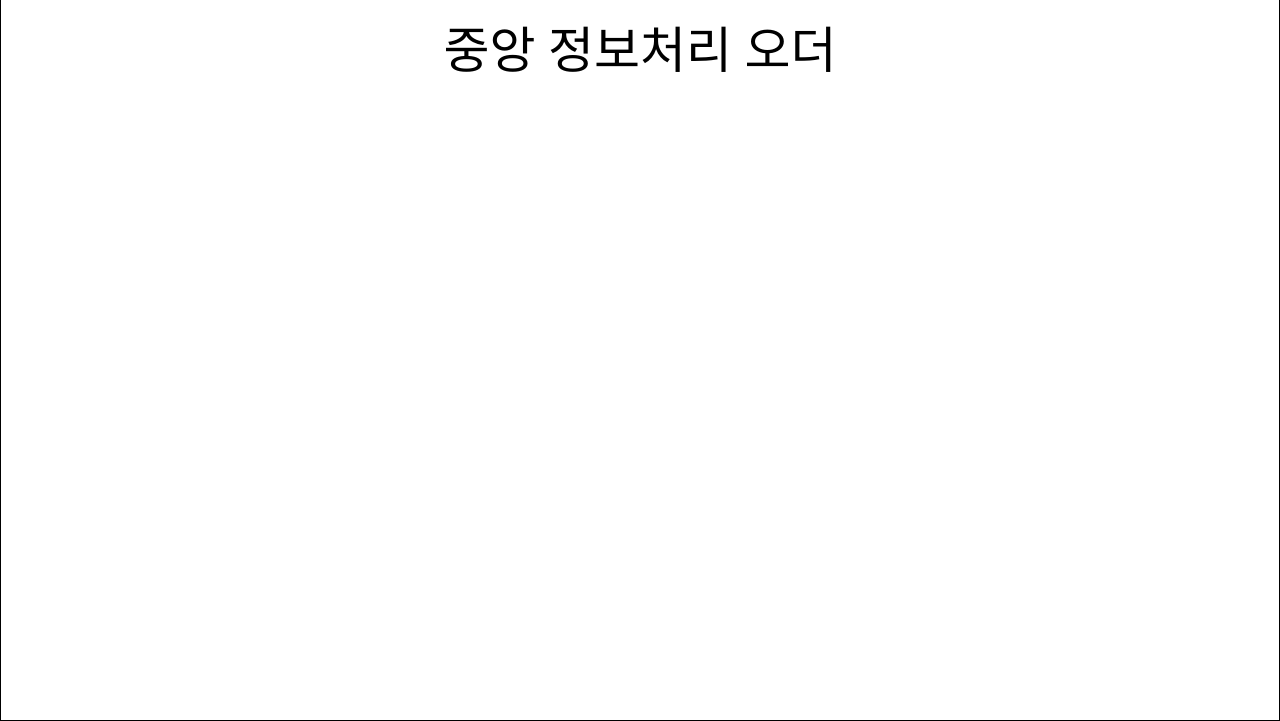
Repository: Devhyeongseon/Academy_Jsp
Page: http://localhost/J_ORDER/home.jsp
The author's editor kept a copy of each file at every save. The page is drawn from the files as they stood at one save, then again after the next save.
The browser window is 1280 px wide. The pictures show the whole page.
The page is served by Tomcat 9.

Above is the page before, as saved 2024-01-08 07:56:45.

After the next save:
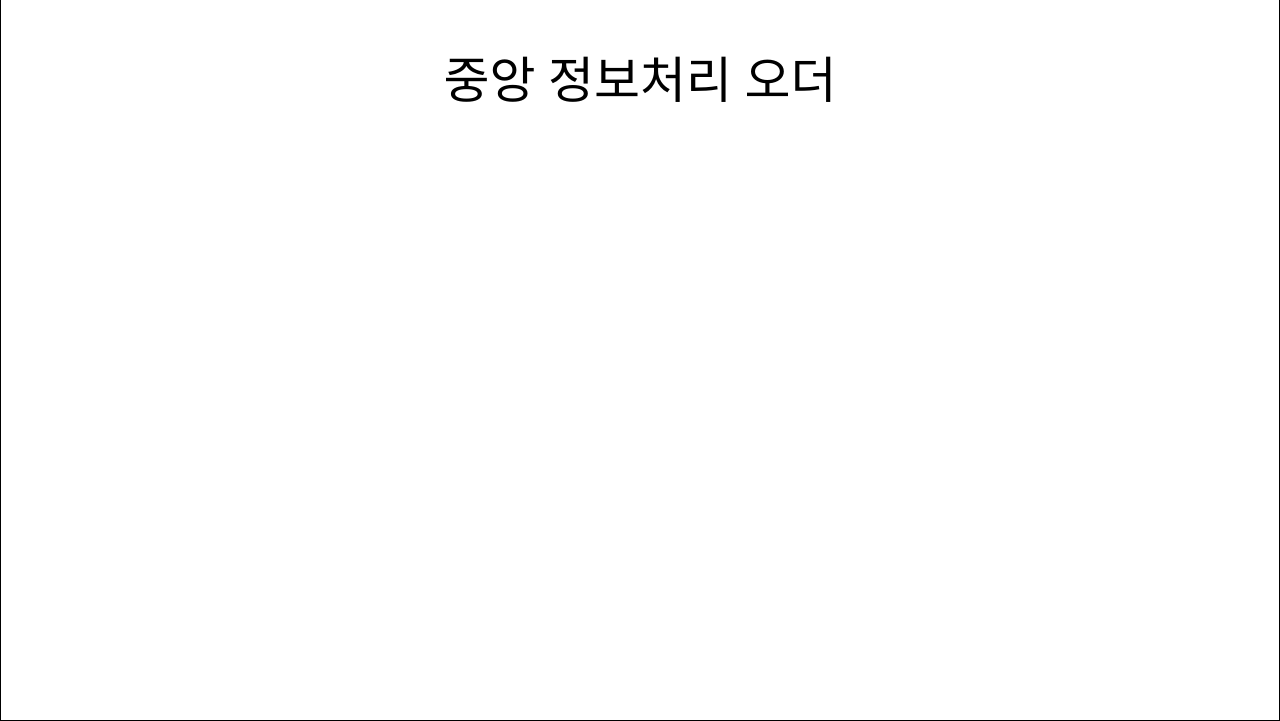
Saved 58 s later.
--- a/J_ORDER/src/main/webapp/include/header.jsp
+++ b/J_ORDER/src/main/webapp/include/header.jsp
@@ -34,7 +34,7 @@ body , html{
 
  .brand {
             position: fixed;
-            top: 0;
+            top: 10px;
             left: 50%;
             transform: translateX(-50%);
             background-color:
@@ -42,7 +42,8 @@ body , html{
             padding: 10px;
             width: 500px; /* 필요에 따라 너비를 조절하세요. */
             text-align: center;
-             font-size: 50px;
+            font-size: 50px;
+            margin-top: 20px;
         }
 </style>
 <title>제이오더 입니다.</title>
